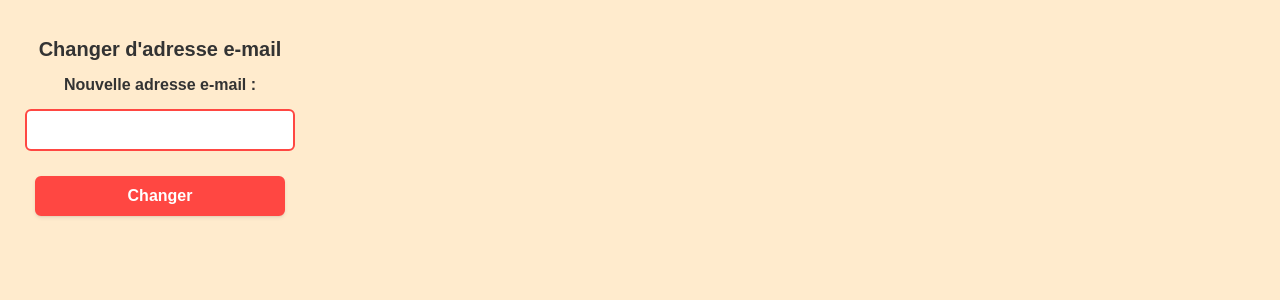
Repository: LeroyM084/Mushroom_Password
Page: ChromeExtension/templates/changeMail.html
These files come from the project's save history. The page is drawn as it stood at one moment and after a run of saves; the edit follows.
The browser window is 1280 px wide. The pictures show the whole page.
The page's requests for data from a server got no answer.

Above is the page before, as saved 2025-02-19 12:53:32.

After the next 2 saves:
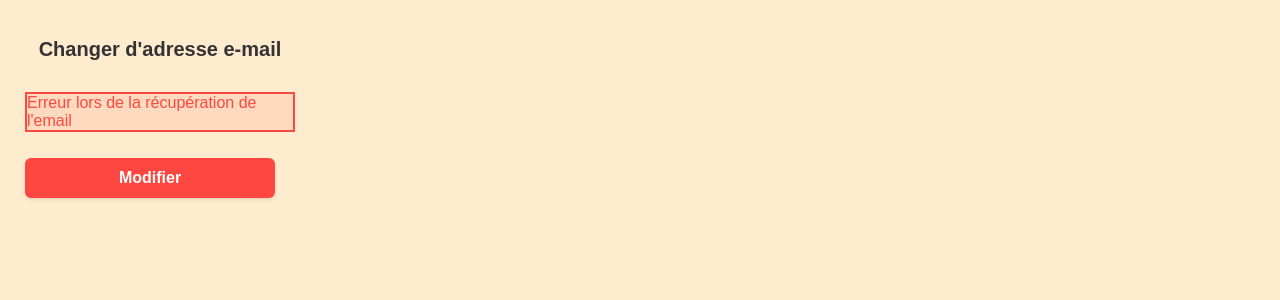
The 2 saves are shown as one change because they came seconds apart.
The last was saved 2 min 43 s later.
--- a/ChromeExtension/scripts/changeMail.js
+++ b/ChromeExtension/scripts/changeMail.js
@@ -1,5 +1,41 @@
-document.addEventListener("DOMContentLoaded", () => {
-	const form = document.querySelector("form");
+document.addEventListener("DOMContentLoaded", async () => {
+	const container = document.querySelector(".container");
+	const form = document.querySelector("#emailForm");
+	form.style.display = "none"; // Cache le formulaire initialement
+
+	// Création de la div pour afficher l'email actuel
+	const currentEmailDiv = document.createElement("div");
+	currentEmailDiv.id = "currentEmail";
+	currentEmailDiv.className = "email-display";
+	container.insertBefore(currentEmailDiv, form);
+
+	try {
+		// Récupération de l'email actuel
+		const response = await fetch("http://localhost:5000/getEmail");
+		const data = await response.json();
+
+		// Affichage de l'email et du bouton
+		currentEmailDiv.innerHTML = `
+            <p>Adresse e-mail actuelle : <strong>${data.email}</strong></p>
+            <button id="changeButton" type="button">Modifier</button>
+        `;
+
+		// Gestionnaire pour le bouton "Modifier"
+		document
+			.getElementById("changeButton")
+			.addEventListener("click", () => {
+				currentEmailDiv.style.display = "none";
+				form.style.display = "flex";
+			});
+	} catch (error) {
+		console.error("Erreur lors de la récupération de l'email:", error);
+		currentEmailDiv.innerHTML = `
+            <p class="error">Erreur lors de la récupération de l'email</p>
+            <button id="changeButton" type="button">Modifier</button>
+        `;
+	}
+
+	// Reste du code existant pour la gestion du formulaire
 	const emailInput = document.querySelector('input[type="email"]');
 	const messageDiv = document.createElement("div");
 	messageDiv.id = "message";
